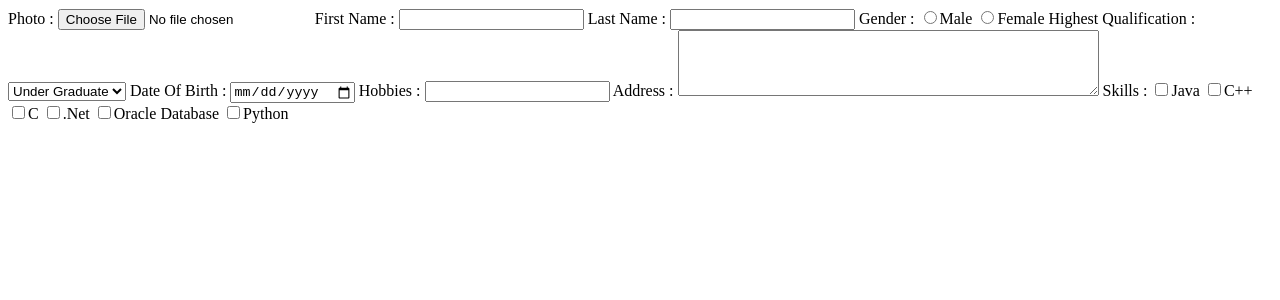
Repository: kiaanMayur/Servlet-Resume-Builder
Page: ResumeBuilder/WebContent/index.html
An editor plug-in stored every save of this project. The page is shown before and after the next save, followed by the edit.
The browser window is 1280 px wide. The pictures show the whole page.

Above is the page before, as saved 2018-08-07 08:34:48.

After the next save:
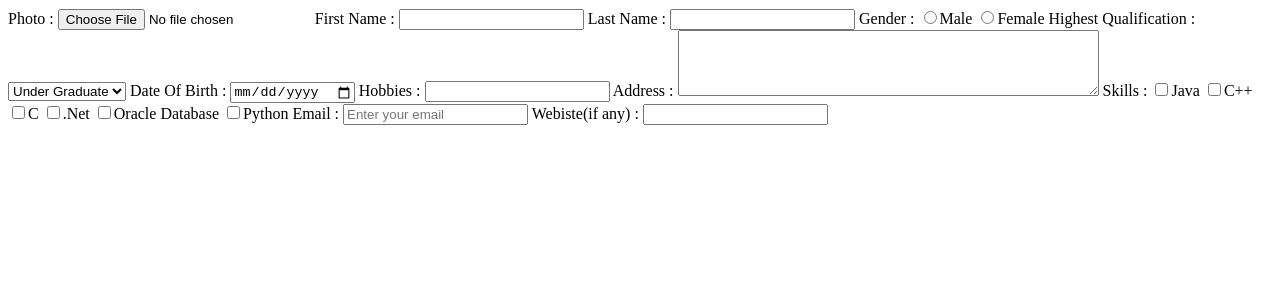
Saved 92 s later.
--- a/ResumeBuilder/WebContent/index.html
+++ b/ResumeBuilder/WebContent/index.html
@@ -33,6 +33,8 @@
 				<input type="checkbox" value="Oracle" name="oracle">Oracle Database
 				<input type="checkbox" value="Python" name="python">Python
 
+		Email : <input type="email" placeholder="Enter your email">
+		Webiste(if any) : <input type="url">
 
 	</form>
 
